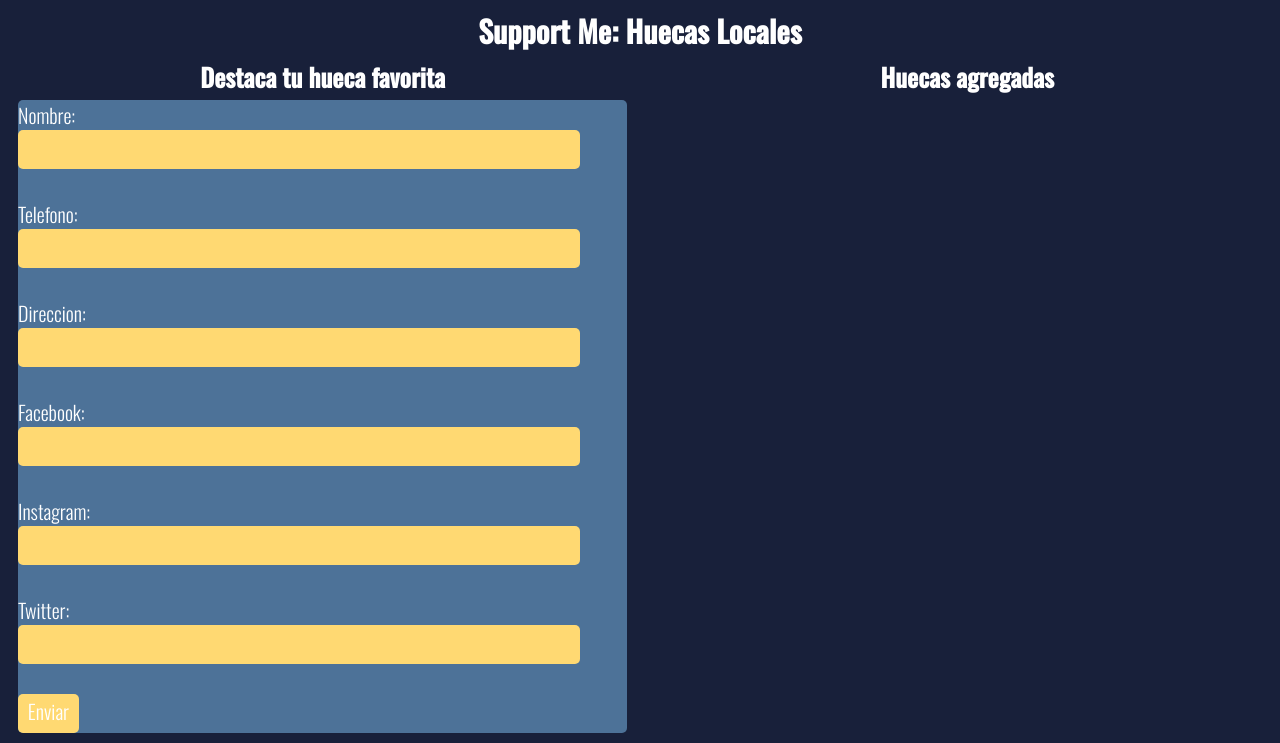
Repository: renzopachecoj/huecas-website
Page: index.html
The author's editor kept a copy of each file at every save. The page is drawn from the files as they stood at one save, then again after the next save.
The browser window is 1280 px wide. The pictures show the whole page.

Above is the page before, as saved 2020-08-01 15:34:20.

### index.html
<!DOCTYPE html>
<html>
<head>
    <title>Huecas</title>
    <link rel="stylesheet" href="styles.css">
</head>
<body>
    <h1>Support Me: Huecas Locales</h1>
    <div id="content">
    <div class="col">
        <h2>Destaca tu hueca favorita</h2>
        <form action="huecas.php" method="post">
            Nombre: <input type="text" name="nombre"><br>
            Telefono: <input type="tel" name="telefono"><br>
            Direccion: <input type="text" name="direccion"><br>
            Facebook: <input type="url" name="facebook"><br>
            Instagram: <input type="url" name="instagram"><br>
            Twitter: <input type="url" name="twitter"><br>
            <input type="submit" value="Enviar">
        </form>
    </div>
    <div class="col">
        <h2>Huecas agregadas</h2>
    </div>
</div>
</body>
</html>

### styles.css
@import url('https://fonts.googleapis.com/css2?family=Oswald:wght@300;500&display=swap');

* {
    font-family: 'Oswald', sans-serif;
    font-weight: lighter;
    font-size: 20px;
    color: #fff;
}
body{
    background-color: #18203a;
}
h1{
    font-size: 30px;
    font-weight: bold;
    width: 100%;
    text-align: center;
    margin: 5px 0px 5px 0px;
}
h2{
    font-size: 25px;
    font-weight: bold;
    width: 100%;
    text-align: center;
    margin: 0px 0px 5px 0px;
}
.col{
    display: flex;
    flex-direction: column;
    width: 49%;
}
#content{
    display: flex;
    flex-direction: row;
    float: left;
    column-gap: 2%;
    width: 100%;
    margin: 0px 5px 5px 5px;
}
input{
    width: 90%;
    border-radius: 5px;
    border-color: transparent;
    background-color: #FFD972;
    padding: 0px 5px 5px 5px;
}
input[value="Enviar"]{
    width: 10%;
    z-index: 100;
}
form{
    background-color: #4D7298;
    border-radius: 5px;
    margin: 0px 5px 5px 5px;
    display: flex;
    flex-direction: column;
}

After the next save:
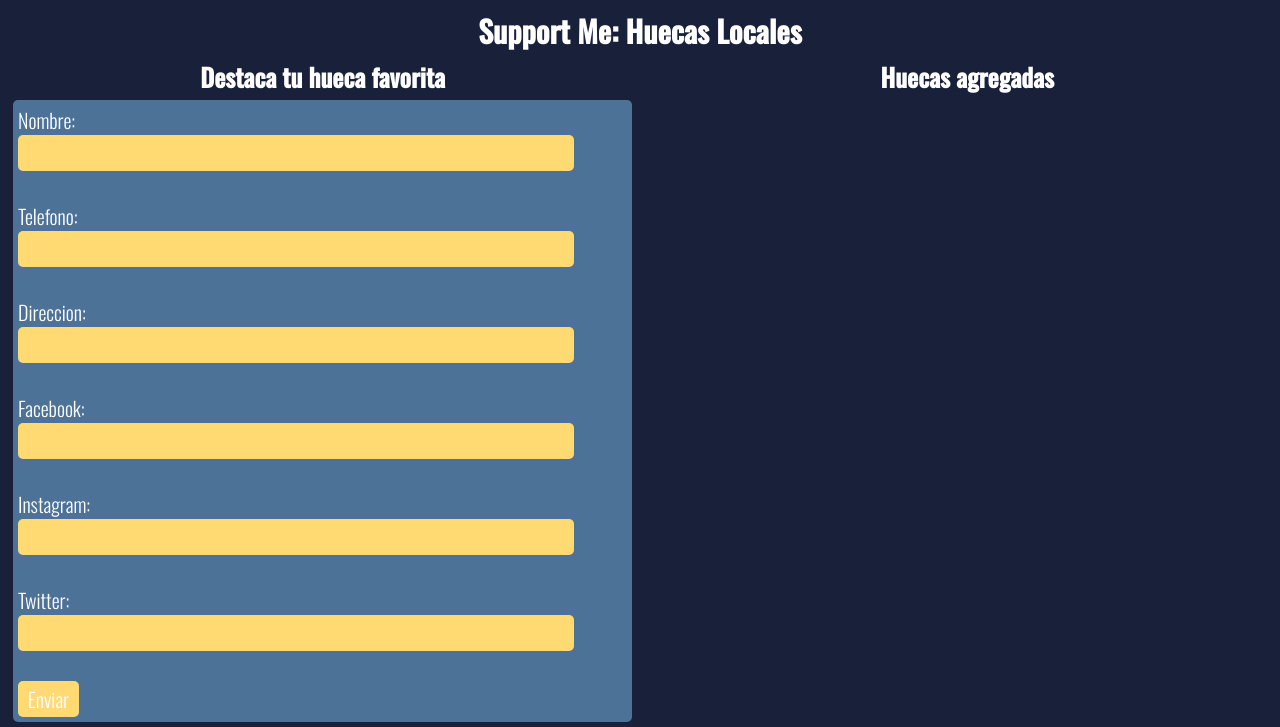
Saved 17 s later.
--- a/styles.css
+++ b/styles.css
@@ -41,7 +41,6 @@ input{
     border-radius: 5px;
     border-color: transparent;
     background-color: #FFD972;
-    padding: 0px 5px 5px 5px;
 }
 input[value="Enviar"]{
     width: 10%;
@@ -49,8 +48,8 @@ input[value="Enviar"]{
 }
 form{
     background-color: #4D7298;
+    padding: 5px 5px 5px 5px;
     border-radius: 5px;
-    margin: 0px 5px 5px 5px;
     display: flex;
     flex-direction: column;
 }
